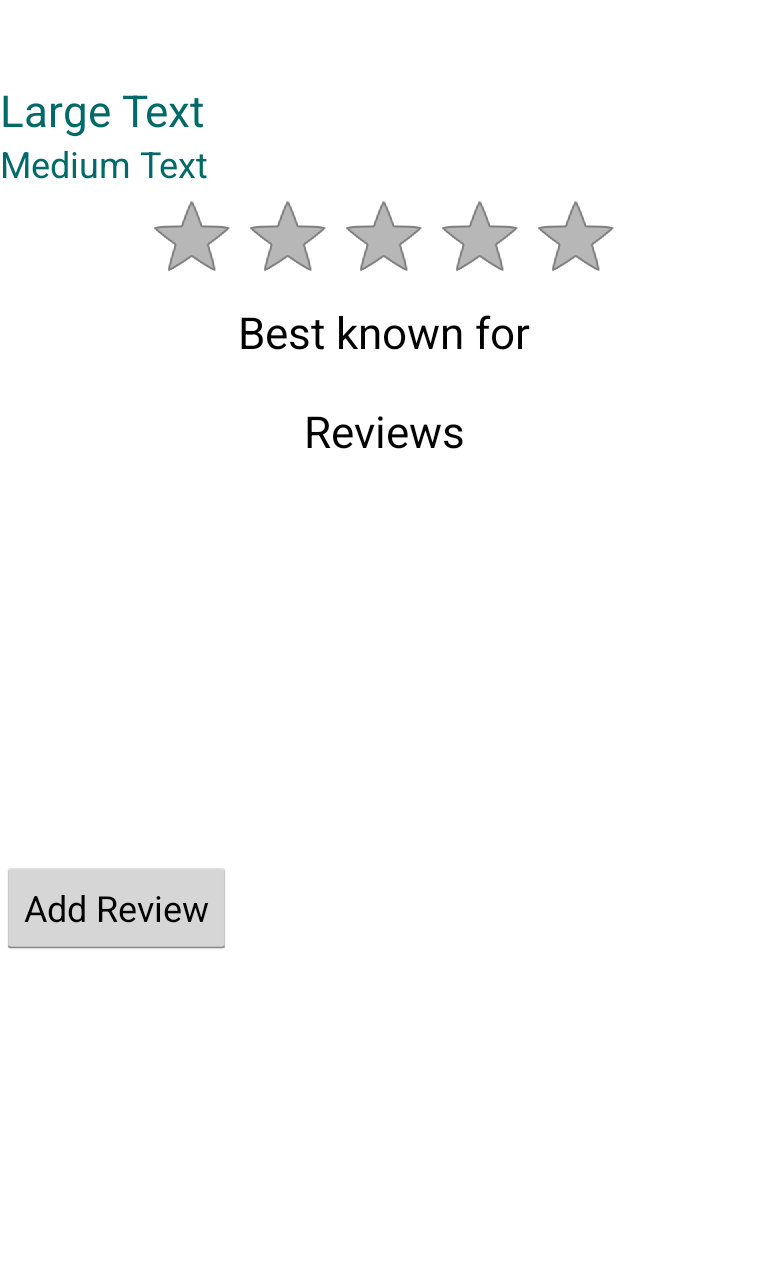
Repository: yash256/atnt
Layout: WNY Farm Fresh/res/layout/market_details.xml
The author's editor kept a copy of each file at every save. The layout is drawn from the files as they stood at one save, then again after the next save.
It is drawn on a 768 x 1280 px phone screen (xhdpi) without system bars, with theme AppTheme; the app's code is not run. Lists and similar views that code fills are empty.

Above is the layout before, as saved 2014-11-11 01:31:14.

After the next save:
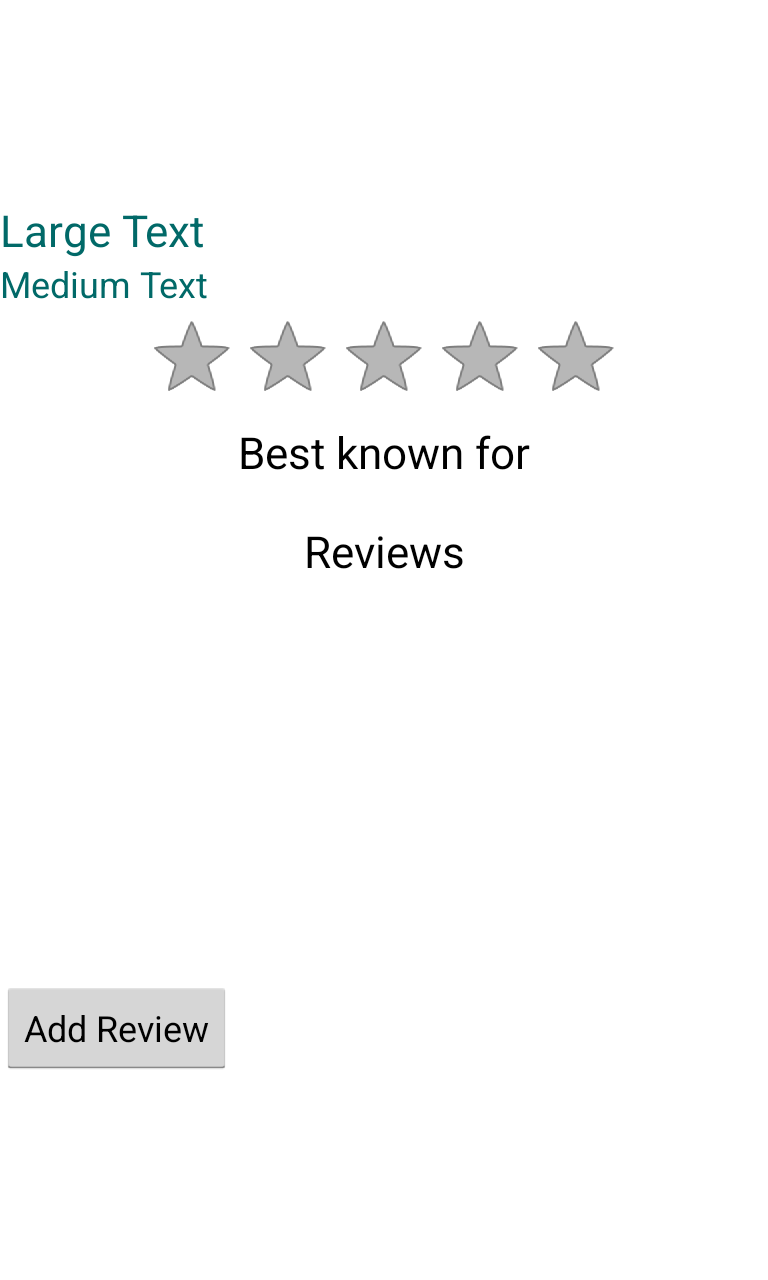
Saved 19 s later.
--- a/WNY Farm Fresh/res/layout/market_details.xml
+++ b/WNY Farm Fresh/res/layout/market_details.xml
@@ -13,7 +13,7 @@
     android:orientation="horizontal" >
 
     <Space
-        android:layout_height="40dp"
+        android:layout_height="100dp"
         android:layout_columnSpan="8" />
 
     <TextView
